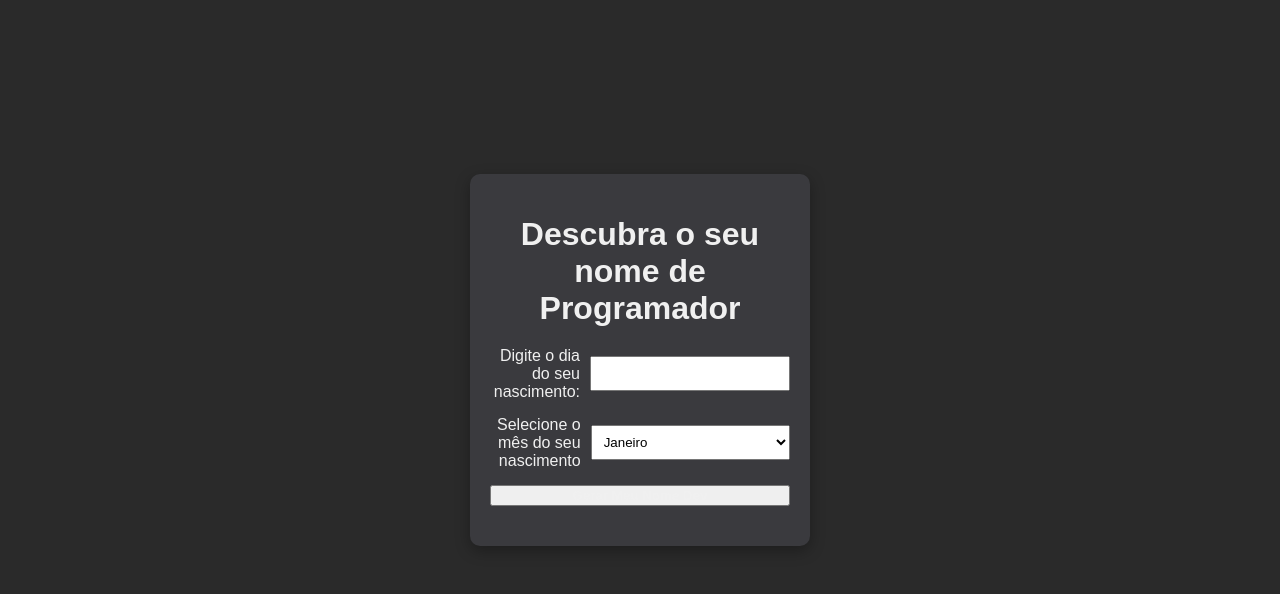
Repository: analessp/seu-nome-dev
Page: index.html
An editor plug-in stored every save of this project. The page is shown before and after a run of saves, followed by the edit.
The browser window is 1280 px wide. The pictures show the whole page.

Above is the page before, as saved 2025-05-13 11:33:14.

After the next 2 saves:
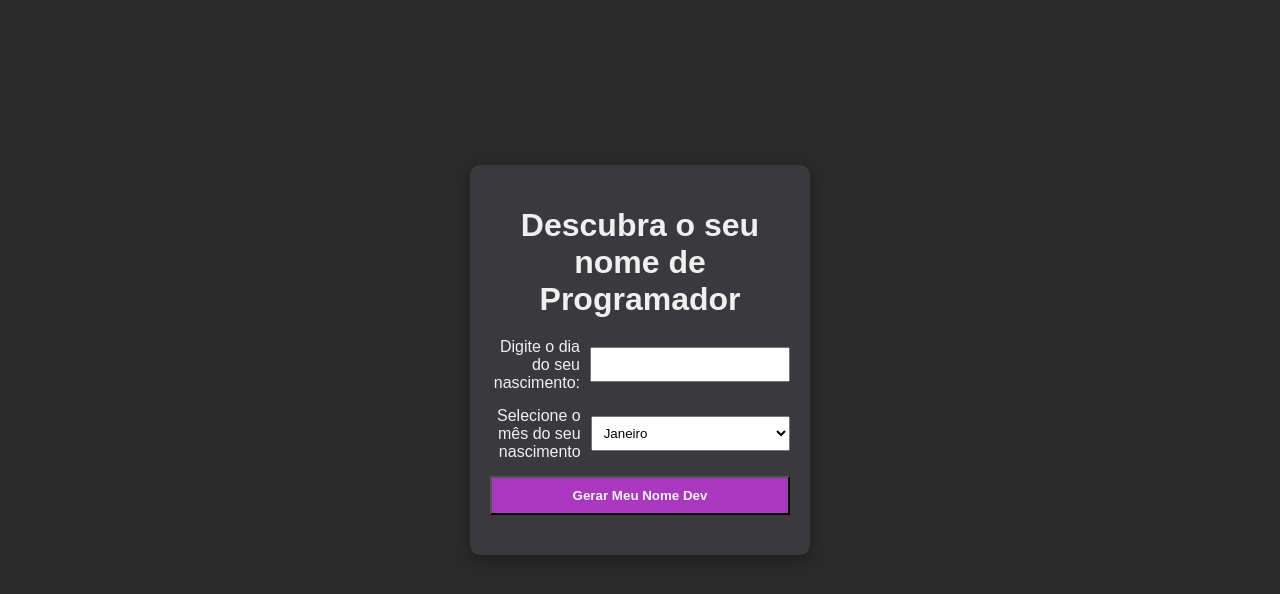
The 2 saves are shown as one change because they came seconds apart.
The last was saved 6 s later.
--- a/styles.css
+++ b/styles.css
@@ -46,7 +46,7 @@ h1 {
 
 button {
     width: 100%;
-    pa
+    padding: 10px;
     background-color: #aa38be;
     color: #f0f0f0;
     font-weight: bold;
